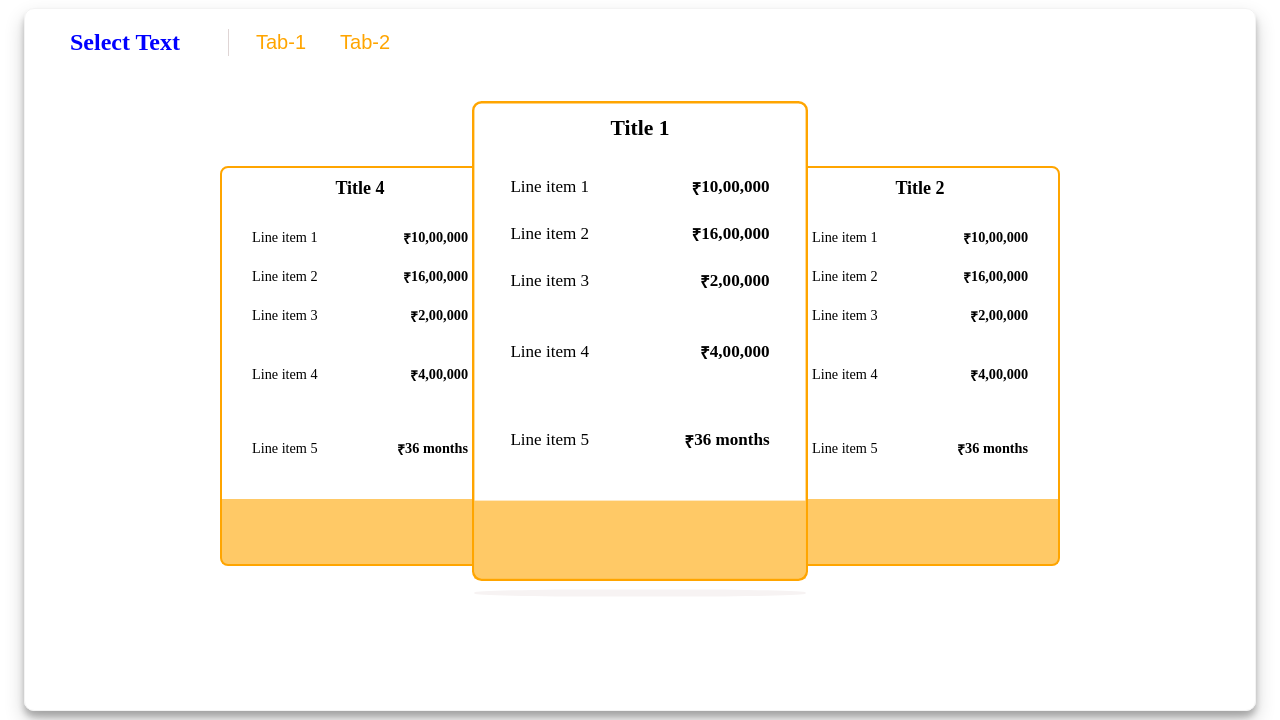
Repository: Adityanarayan-tiwari/Cardbox
Page: index.html
An editor plug-in stored every save of this project. The page is shown before and after a run of saves, followed by the edit.
The browser window is 1280 px wide. The pictures show the whole page.

Above is the page before, as saved 2020-07-25 15:42:34.

### index.html
<!DOCTYPE html>
<html lang="en">
<head>
    <meta charset="UTF-8">
    <meta name="viewport" content="width=device-width, initial-scale=1.0">
    <title>CardBox</title>
    <link rel="stylesheet" href="./index.css">
</head>
<body>




    <!-- Page Wrapper -->
    <div class="page-wrapper">
        <div class="page-heading" id="myDIV">
            <h2>Select Text</h2>
            <button class="prev btn">Tab-1</button>
            <button class="next btn">Tab-2</button>
        </div>

        <!-- Card Slider -->
        <div class="card-slider">

            <!--  Card Wrapper -->
                <div class="card-wrapper">
                    <div class="card">
                        <h3>Title 1</h3>
                    <div class="card-content">
                        <ul>
                            <li>Line item 1</li>
                            <li><span>&#8377</span>10,00,000</li>
                        </ul>
                        <ul>
                            <li>Line item 2</li>
                            <li><span>&#8377</span>16,00,000</li>
                        </ul>
                        <ul>
                            <li>Line item 3</li>
                            <li><span>&#8377</span>2,00,000</li>
                        </ul>
                        <ul>
                            <li>Line item 4</li>
                            <li><span>&#8377</span>4,00,000</li>
                        </ul>
                        <ul>
                            <li>Line item 5</li>
                            <li><span>&#8377</span>36 months</li>
                        </ul>
                    </div>
                    <div class="lower"></div>
                    </div>
                    <div class="card">
                        <h3>Title 2</h3>
                    <div class="card-content">
                        <ul>
                            <li>Line item 1</li>
                            <li><span>&#8377</span>10,00,000</li>
                        </ul>
                        <ul>
                            <li>Line item 2</li>
                            <li><span>&#8377</span>16,00,000</li>
                        </ul>
                        <ul>
                            <li>Line item 3</li>
                            <li><span>&#8377</span>2,00,000</li>
                        </ul>
                        <ul>
                            <li>Line item 4</li>
                            <li><span>&#8377</span>4,00,000</li>
                        </ul>
                        <ul>
                            <li>Line item 5</li>
                            <li><span>&#8377</span>36 months</li>
                        </ul>
                    </div>
                    <div class="lower"></div>
                    </div>
                    <div class="card">
                        <h3>Title 3</h3>
                    <div class="card-content">
                        <ul>
                            <li>Line item 1</li>
                            <li><span>&#8377</span>10,00,000</li>
                        </ul>
                        <ul>
                            <li>Line item 2</li>
                            <li><span>&#8377</span>16,00,000</li>
                        </ul>
                        <ul>
                            <li>Line item 3</li>
                            <li><span>&#8377</span>2,00,000</li>
                        </ul>
                        <ul>
                            <li>Line item 4</li>
                            <li><span>&#8377</span>4,00,000</li>
                        </ul>
                        <ul>
                            <li>Line item 5</li>
                            <li><span>&#8377</span>36 months</li>
                        </ul>
                    </div>
                    <div class="lower"></div>
                    </div>
                    <div class="card">
                        <h3>Title 4</h3>
                    <div class="card-content">
                        <ul>
                            <li>Line item 1</li>
                            <li><span>&#8377</span>10,00,000</li>
                        </ul>
                        <ul>
                            <li>Line item 2</li>
                            <li><span>&#8377</span>16,00,000</li>
                        </ul>
                        <ul>
                            <li>Line item 3</li>
                            <li><span>&#8377</span>2,00,000</li>
                        </ul>
                        <ul>
                            <li>Line item 4</li>
                            <li><span>&#8377</span>4,00,000</li>
                        </ul>
                        <ul>
                            <li>Line item 5</li>
                            <li><span>&#8377</span>36 months</li>
                        </ul>
                    </div>
                    <div class="lower"></div>
                    </div>
                </div>
            <!-- // Card Wrapper -->

        </div>
        <!-- // Card Slider -->

    </div>
    <!-- // Page Wrapper -->







    <!-- JQuery cdn Link -->
    <script src="https://code.jquery.com/jquery-3.5.1.slim.min.js"></script>

    <!-- Slick Carousel JS cdn Link -->
    <script type="text/javascript" src="https://cdn.jsdelivr.net/npm/slick-carousel@1.8.1/slick/slick.min.js"></script>

    <!-- Custom JavaScript -->
    <script src="./index.js"></script>
</body>
</html>

### index.css

.page-wrapper{
    max-width: 1200px;
    margin: 0 auto;
    padding: 0 15px;
    border: 1px solid #f3f3f3;
    box-shadow: 0 10px 20px rgba(0,0,0,0.19), 0 6px 6px rgba(0,0,0,0.23);
    border-radius: 10px;
}

.page-heading{
    display: flex;
}
.page-heading h2 {
    margin: 20px 30px;
    color: blue;
    padding-right: 4%;
    border-right: 1px solid rgb(223, 213, 213);
    margin-right: 10px;
}
.page-heading .next,.prev {
    margin: 10px;
    display: block;
    background: transparent;
    border: 1px solid transparent;
    color: orange;
    font-size: 20px;
    outline: none;
    cursor: pointer;
}
/* .page-heading .next:hover{
    text-decoration: underline;
}
.page-heading .prev:hover{
    text-decoration: underline;
} */



.card-slider{
    margin: 2% auto 0% auto;
    /* background-color:yellowgreen; */
    /* border: 1px solid black;     */
}
.card-slider .card-wrapper{
    width: 70%;
    height: 550px;
    margin: 0 auto;
    overflow: hidden;
    /* background-color: bisque; */
    /* border:1px solid green; */
    padding: 3% 0 2% 0%;
}


.card-slider .card-wrapper .card{
    max-width: 300px;
    min-height: 400px;
    margin: 30px 0px 20px 0px;

    border: 2px solid orange;
    border-radius: 8px;
    background:white;
    outline: none;
    box-sizing:border-box;

    display: inline-block;
    position: relative;
}



.card h3{
    font-size: 18px;
    margin:0 auto;
    margin-top: 10px;
    margin-bottom:0px;
    text-align: center;
}


.card-content{
    padding: 20px 10px;
    padding-bottom: 60px;
}
.card-content ul{
    padding: 0;
    margin: 0;
    padding: 10px 0;
    display: flex;
    justify-content: space-between;
}
.card-content ul li{
    list-style: none;
    display: flex;
    padding: 0 20px;
    font-size: 0.89em;
}
.card-content ul li:nth-child(2){
    font-weight: bold;
}

.card-content ul:nth-child(4) {
    padding-top: 30px;
    padding-bottom: 35px;
}
.card-content ul:nth-child(5){
    padding-top: 20px;
    padding-bottom: 5px;
}
.lower {
    width: 100%;
    background: orange;
    height: 65px;
    box-sizing: border-box;
    position: absolute;
    bottom: 0;
    padding-top: 10px;
    opacity: .6;
}


    /* card hover  */

    /* .card:hover:after{
    position: absolute;
    content:'';
    bottom:-15px;
    width: 100%;
    height: 6px;
    border-radius: 40%;
    background:rgb(247, 243, 243);
} */




/*
.card:hover {
    transform:  translateX(0px) translateY(-32px) translateZ(0px) scale(1.2);
    transition: 1s ease-in-out;
    z-index: 1;
}

.card:hover h3{
    background: orange;
    border-radius: 20px;
    color: white;
    padding: 1% 3% 4% 3%;
    position: absolute;
    top: -3%;
    left: 50%;
    transform: translate(-50%,-50%);
    width: 150px;
}
.card:hover .middle {
    padding-top: 50px;
    padding-bottom: 60px;
} */


.slick-slide + .slick-slide {
    pointer-events: none;
}
.slick-slide + .slick-current  {
    pointer-events: fill;
}



.card-wrapper .card:nth-child(1){
    order: 1;
    /* pointer-events: none; */
}
.card-wrapper .card:nth-child(2){
    order: 2;
}





/* mystyle */


.btnactive {
    text-decoration: underline;
  }


.active{
    transform:  translateX(0px) translateY(-32px) translateZ(0px) scale(1.2);
    transition: 1s ease-in-out;
    z-index: 1;
}
.slick-center{
    transform:  translateX(0px) translateY(-25px) translateZ(0px) scale(1.2);
    transition: 1s ease-in-out;
    z-index: 1;
}
.slick-center:after{
    position: absolute;
    content:'';
    bottom:-15px;
    width: 100%;
    height: 6px;
    border-radius: 40%;
    background:rgb(247, 243, 243);
}


.card:hover h3{
    background: orange;
    border-radius: 20px;
    color: white;
    padding: 1% 3% 4% 3%;
    position: absolute;
    top: -3%;
    left: 50%;
    transform: translate(-50%,-50%);
    width: 150px;
}
.card:hover .middle {
    padding-top: 50px;
    padding-bottom: 60px;
}

### index.js

// Add active class to the current button (highlight it)
var header = document.getElementById("myDIV");
var btns = header.getElementsByClassName("btn");
for (var i = 0; i < btns.length; i++) {
  btns[i].addEventListener("click", function() {
  var current = document.getElementsByClassName("btnactive");
  if (current.length > 0) {
    current[0].className = current[0].className.replace(" btnactive", "");
  }
  this.className += " btnactive";
  });
}

function myFunction() {
    var  name, arr;
    var btnselement = getElementsByClassName("slick-center");
    name = "active";
    arr = btnselement.className.split(" ");
    if (arr.indexOf(name) == -1) {
        btnselement.className += " " + name;
    }
  }







$(document).ready(function(){
    $('.card-wrapper').slick({

    slidesToShow: 3,
    slidesToScroll: 1,

    accessibility: true,
    adaptiveHeight: true,
    centerMode: true,
    centerPadding: '0px',

    nextArrow:$('.next'),
    prevArrow:$('.prev'),
    responsive: [
    {
        breakpoint: 1240,
        settings: {
            arrows: true,
            slidesToShow: 3
        }
        },
        {
        breakpoint: 768,
        settings: {
            arrows: false,
            slidesToShow: 3
        }
        },
        {
        breakpoint: 480,
        settings: {
            arrows: false,
            slidesToShow: 1
        }
        }
    ]

    });
    // $('.card-wrapper').on('afterChange', function(event, slick, currentSlide){
    //     $('.card').removeClass('active');
    //     $('.card').addClass('active');
    // });

    // $('.card-wrapper').on('beforeChange', function(event, slick, currentSlide){
    //     $('.card').removeClass('active');
    //     $('.card').addClass('active');
    // });

});

After the next 2 saves:
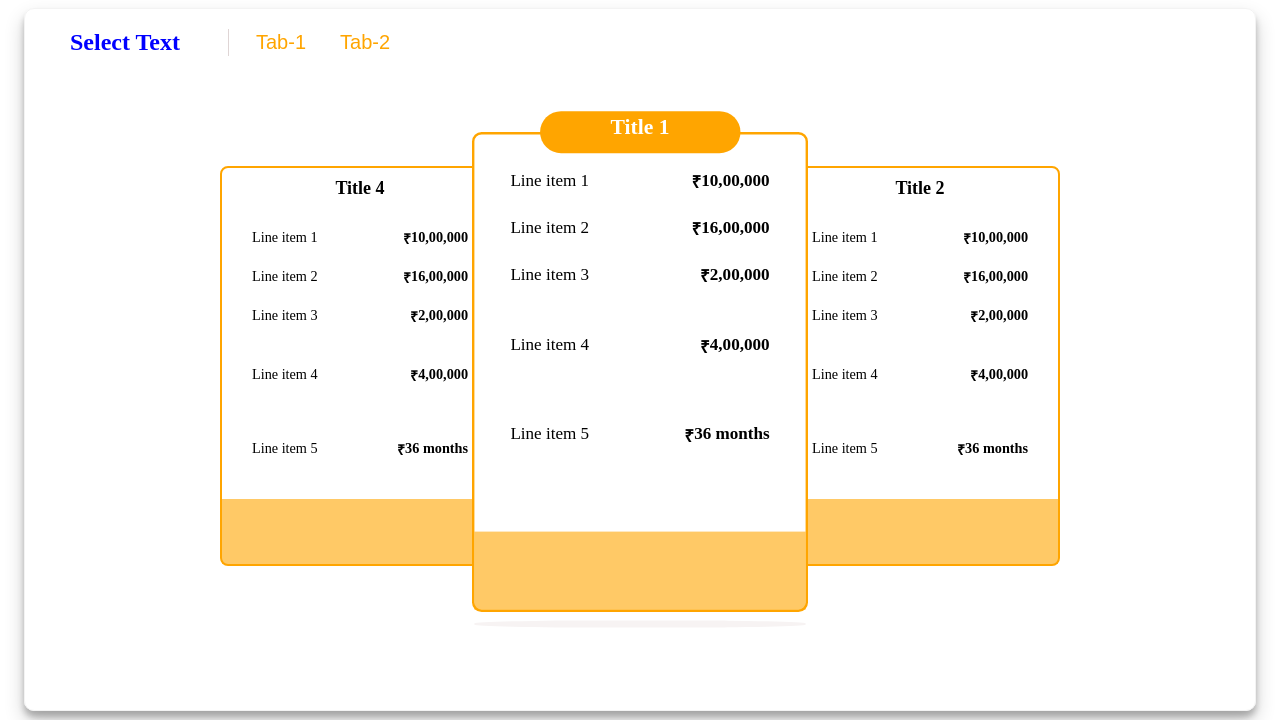
The 2 saves are shown as one change because they came seconds apart.
The last was saved 15 s later.
--- a/index.css
+++ b/index.css
@@ -209,7 +209,7 @@
 }
 
 
-.card:hover h3{
+.slick-center h3{
     background: orange;
     border-radius: 20px;
     color: white;
@@ -220,7 +220,7 @@
     transform: translate(-50%,-50%);
     width: 150px;
 }
-.card:hover .middle {
+.slick-center .middle {
     padding-top: 50px;
     padding-bottom: 60px;
 }
